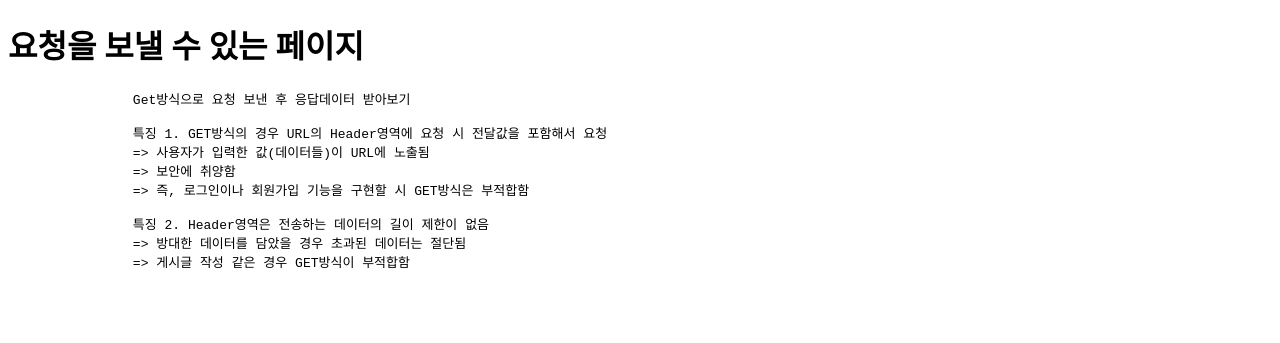
Repository: Simyoungdo04/dynamic-workspace
Page: FirstProject/src/main/webapp/views/request_get.html
An editor plug-in stored every save of this project. The page is shown before and after the next save, followed by the edit.
The browser window is 1280 px wide. The pictures show the whole page.

Above is the page before, as saved 2026-05-04 03:42:43.

### FirstProject/src/main/webapp/views/request_get.html
<!DOCTYPE html>
<html>
<head>
<meta charset="UTF-8">
<title>요청 페이지</title>
</head>
<body>

	<h1>요청을 보낼 수 있는 페이지</h1>

	<pre>
		Get방식으로 요청 보낸 후 응답데이터 받아보기

		특징 1. GET방식의 경우 URL의 Header영역에 요청 시 전달값을 포함해서 요청
		=> 사용자가 입력한 값(데이터들)이 URL에 노출됨
		=> 보안에 취양함
		=> 즉, 로그인이나 회원가입 기능을 구현할 시 GET방식은 부적합함

		특징 2. Header영역은 전송하는 데이터의 길이 제한이 없음
		=> 방대한 데이터를 담았을 경우 초과된 데이터는 절단됨
		=> 게시글 작성 같은 경우 GET방식이 부적합함
	</pre>

</body>
</html>

After the next save:
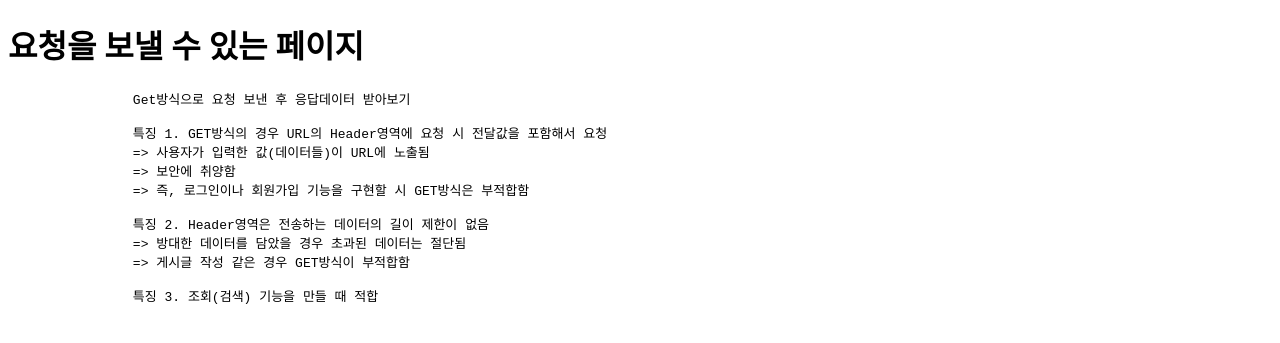
Saved 101 s later.
--- a/FirstProject/src/main/webapp/views/request_get.html
+++ b/FirstProject/src/main/webapp/views/request_get.html
@@ -19,6 +19,8 @@
 		특징 2. Header영역은 전송하는 데이터의 길이 제한이 없음
 		=> 방대한 데이터를 담았을 경우 초과된 데이터는 절단됨
 		=> 게시글 작성 같은 경우 GET방식이 부적합함
+
+		특징 3. 조회(검색) 기능을 만들 때 적합
 	</pre>
 
 </body>
